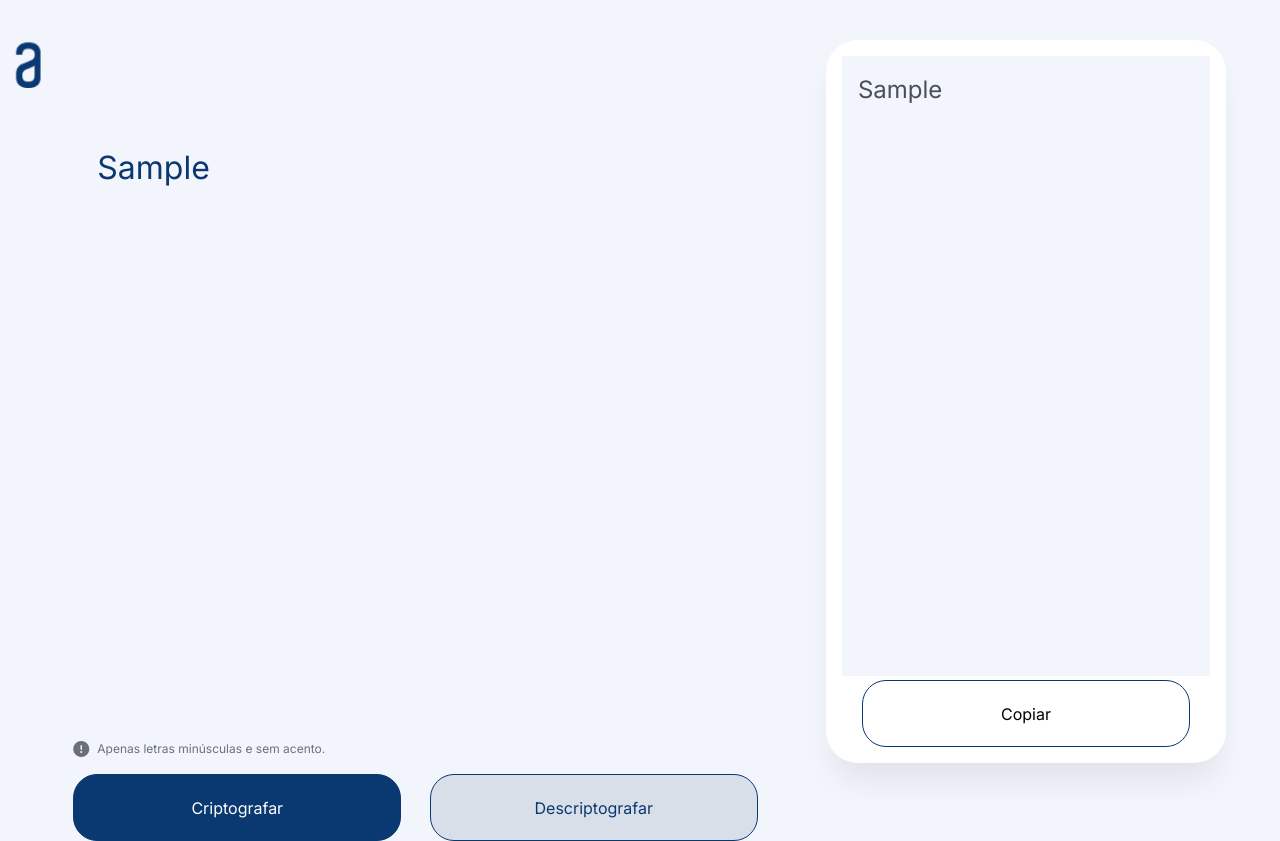
Repository: CarlosEduardoVdeOliveira/descodificador-de-texto
Page: index.html
These files come from the project's save history. The page is drawn as it stood at one moment and after the next save; the edit follows.
The browser window is 1280 px wide. The pictures show the whole page.
Empty fields were first filled with sample values (such as "Sample", 5 or name@example.com).
After loading, the first visible `button.button-cryptography` was clicked once.

Above is the page before, as saved 2023-04-13 14:39:25.
Console error: TypeError: Cannot read properties of null (reading 'addEventListener')

### index.html
<!DOCTYPE html>
<html lang="en">
<head>
   <meta charset="UTF-8">
   <link rel="preconnect" href="https://fonts.googleapis.com">
   <link rel="preconnect" href="https://fonts.gstatic.com" crossorigin>
   <meta http-equiv="X-UA-Compatible" content="IE=edge">
   <meta name="viewport" content="width=device-width, initial-scale=1.0">
   <link href="https://fonts.googleapis.com/css2?family=Inter:wght@400;700&display=swap" rel="stylesheet">
   <link rel="stylesheet" href="https://cdnjs.cloudflare.com/ajax/libs/font-awesome/6.4.0/css/all.min.css" integrity="sha512-iecdLmaskl7CVkqkXNQ/ZH/XLlvWZOJyj7Yy7tcenmpD1ypASozpmT/E0iPtmFIB46ZmdtAc9eNBvH0H/ZpiBw==" crossorigin="anonymous" referrerpolicy="no-referrer" />
   <link rel="stylesheet" href="/src/styles/reset.css">
   <link rel="stylesheet" href="/src/styles/index.css">
   <link rel="stylesheet" href="/src/styles/tablet.css">
   <link rel="stylesheet" href="/src/styles/mobile.css">
   <title>Decodificador</title>
</head>
<body>
   <main>
      <img src="/src/images/imageLogo2.png"
         alt="letra a da logo da escola de programação Alura">
      <div class="highlight">
         <textarea placeholder="Digite seu texto" autofocus></textarea>
         <div class="info">
            <span>
               <i class="fa-solid fa-circle-exclamation"></i>
               Apenas letras minúsculas e sem acento.
            </span>
            <div class="info-group-button">
               <button class="button-cryptography">Criptografar</button>
               <button class="button-decryption">Descriptografar</button>
            </div>
         </div>
      </div>
      <div class="text-cryption">
         <img src="/src/images/imageHighLight.svg" alt="">
         <div>
            <h2>Nenhuma mensagem encontrada</h2>
            <p>
               Digite um texto que você deseja criptografar ou descriptografar.
            </p>
         </div>

      </div>
   </main>
   <script src="/src/scripts/index.js"></script>
</body>
</html>

### src/styles/reset.css
:root{
   --light-gray: #D8DFE8;
   --gray-100: #CED4DA;
   --gray-200: #ADB5BD;
   --gray-300: #868E96;
   --gray-400: #495057;
   --gray-500: #343A40;
   --light-blue-100: #F3F5FC;
   --light-blue-200: #EFF1FA;
   --light-blue-300: #E9ECF8;
   --light-blue-400: #AAB2D5;
   --light-blue-500: #757FB2;
   --dark-blue-100: #609ED4;
   --dark-blue-200: #356EA9;
   --dark-blue-300: #0A3871;
   --dark-blue-400: #072B61;
   --dark-blue-500: #052051;
}
*{
   margin: 0;
   padding: 0;
   box-sizing: border-box;
}

html, input, textarea, button{
   background-color: var(--light-blue-100);
   font-family:  'Inter', sans-serif;
   font-size: 1rem;
   -webkit-font-smoothing: antialiased;
   -moz-osx-font-smoothing: grayscale;
}

### src/styles/index.css
body{
   background-color: var(--light-blue-100);
}
img{
   width: 1.943rem;
   height: 3rem;
   margin-top: 2.5rem;
}
main {
   display: flex;
   justify-content: space-around;
   align-items: self-start;
   margin: 0 auto;
}
.highlight{
   display: flex;
   flex-direction: column;
   margin-top: 7.5rem;
}
textarea{
   width: 100%;
   height: calc(100vh - 100px);
   font-size: 32px;
   line-height: 150%;
   background-color: var(--light-blue-100);
   color: var(--dark-blue-300);
   border: none;
   resize: none;
   margin: 0 auto;
   padding: 1.5rem;
}
textarea:focus{
   outline: 0;
}

textarea::placeholder{
   color: var(--dark-blue-300);
}
span{
   display: flex;
   align-items: center;
   font-size: 12px;
   color: var(--gray-400);
   line-height: 150%;
   opacity: 0.8;
   margin-bottom: 1rem;
}
i{
   color: var(--gray-400);
   margin-right: 0.5rem;
   font-size: 1rem;
}

button{
   padding: 1.5rem;
   width: 328px;
   height: 67px;
   border-radius: 1.5rem;
   cursor: pointer;
   font-size: 1rem;
   line-height: 19px;
   border: 1px solid var(--dark-blue-300);
   transition: all .2s;
}
.info{
   background-color: var(--light-blue-100);
}
.info .button-cryptography{
   background-color: var(--dark-blue-300);
   color: white;
   margin-right: 1.5rem;
}
.info .button-cryptography:hover{
   background-color: var(--dark-blue-400);
}
.info .button-decryption{
   background: var(--light-gray);
   color: var(--dark-blue-300);
}
.info .button-decryption:hover{
   background-color: var(--light-blue-200);
}
.text-cryption{
   width: 25rem;
   margin: 2.5rem;
   padding: 15rem 2rem;
   text-align: center;
   background-color: white;
   /* shadow */
   box-shadow: 0px 24px 32px -8px rgba(0, 0, 0, 0.08);
   border-radius: 32px;
}
.text-cryption img{
   width: 21rem;
   height: 19rem;
}
.text-cryption div{
   display: flex;
   flex-direction: column;

   margin-top: 2rem;
   padding: 0px;
   gap: 16px;
}

textarea.textarea-output{
   font-size: 1.5rem;
   color: var(--gray-400);
   height: calc(100vh - 100px);
   padding: 1rem;
}
.text-cryption-whit-text{
   padding: 1rem;
}

.button-copy-cryption{
   background-color: white;
}
.button-copy-cryption:hover{
   background-color: var(--light-blue-200);
}

### src/styles/tablet.css
@media (max-width: 768px) {
   main{
      display: block;
   }
   img{
      margin: 1rem;
   }
   .textarea-input{
      margin: 0 auto;
   }
   .info{
      display: flex;
      flex-direction: column;
      margin: 0 auto;
   }
   .text-cryption{
      width: 43rem;
      height: 8.313rem;
      padding: 0;
      margin: 1.5rem auto;
   }
   .text-cryption img{
      display: none;
   }
}

### src/styles/mobile.css
@media (max-width: 375px) {
   img{
      margin: 1rem;
   }
   .info{
      margin: 0 auto;
   }
   .info-group-button{
      display: flex;
      flex-direction: column;
   }
   .info-group-button .button-cryptography{
      margin-bottom: 1.5rem;
   }
   .text-cryption{
      width: 20.438rem;
      height: 11.625rem;
      padding: 0;
      margin: 1.5rem auto;
   }
}

### src/scripts/index.js
const elementTextarea = document.querySelector("textarea");
const areaCryption = document.querySelector(".text-cryption");
const buttonCryptography = document.querySelector(".button-cryptography");
const buttonDecryption = document.querySelector(".button-decryption");
const buttonCopy = document.querySelector(".button-copy-cryption");

function encryptText(){
   const textareaValue = elementTextarea.value;

   if ( textareaValue.length > 0) {
      areaCryption.classList.add("text-cryption-whit-text")
      areaCryption.innerHTML = `
         <textarea class="textarea-output" disabled>${textareaValue}</textarea>
         <button class="button-copy-cryption">Copiar</button>
      `;

   }
}

function decryptText(){

}

function copyText(){
   const textareaOutput = document.querySelector('.textarea-output');
   textareaOutput.select();
   document.execCommand('copy');
}

buttonCryptography.addEventListener('click', encryptText);
buttonDecryption.addEventListener('click', decryptText);

buttonCopy.addEventListener('click', copyText);

After the next save:
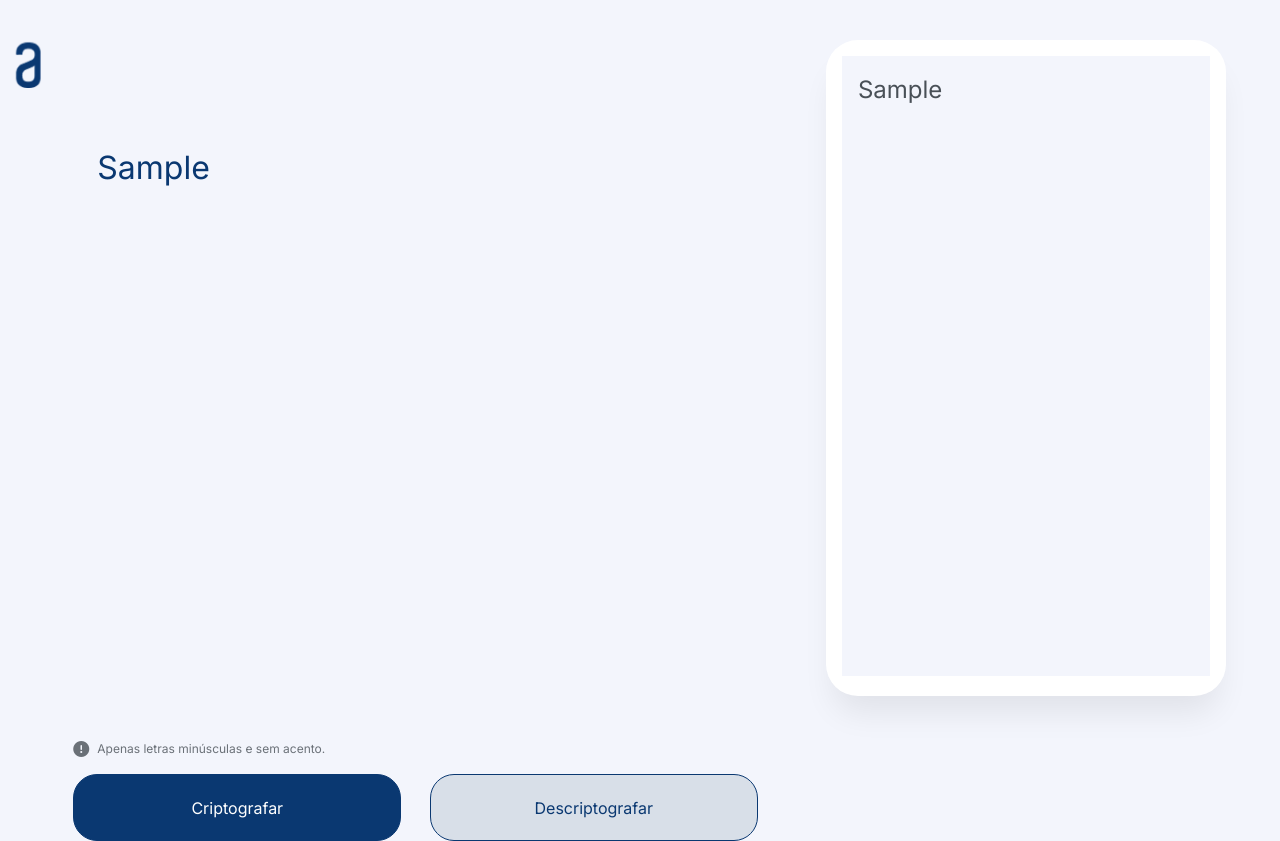
Saved 73 s later.
--- a/src/scripts/index.js
+++ b/src/scripts/index.js
@@ -11,7 +11,7 @@ function encryptText(){
       areaCryption.classList.add("text-cryption-whit-text")
       areaCryption.innerHTML = `
          <textarea class="textarea-output" disabled>${textareaValue}</textarea>
-         <button class="button-copy-cryption">Copiar</button>
+
       `;
 
    }
